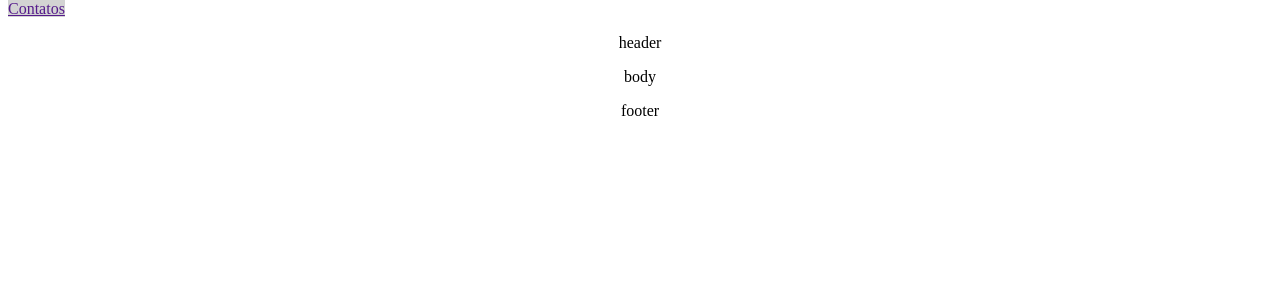
Repository: marllon-hetzler/Site-Salvatore-Barbearia
Page: home.html
These files come from the project's save history. The page is drawn as it stood at one moment and after the next save; the edit follows.
The browser window is 1280 px wide. The pictures show the whole page.

Above is the page before, as saved 2023-02-18 14:06:54.

### home.html
<!DOCTYPE html>
<html lang="en">
<head>
    <meta charset="UTF-8">
    <meta http-equiv="X-UA-Compatible" content="IE=edge">
    <meta name="viewport" content="width=device-width, initial-scale=1.0">
    <link rel="icon" type="icon" href="png/logo.ico"/>
    <title>Salvatore Barbearia</title>

</head>
<style>
    header{
        background-color: lightgray;
        width: 100%;
        display: inline;
    }
    #body_p{
        align-items: center;
        text-align: center;
        display: inline;
    }
    footer{
        background-color: lightgray;
        display: inline;
    }
</style>

    <body id="body_p">
        <header>
            <a href=""> Contatos </a>

            <p>header</p>
        </header>
        <p>body</p>
        <footer>
            <p>footer</p>
        </footer>
    </body>


</html>

After the next save:
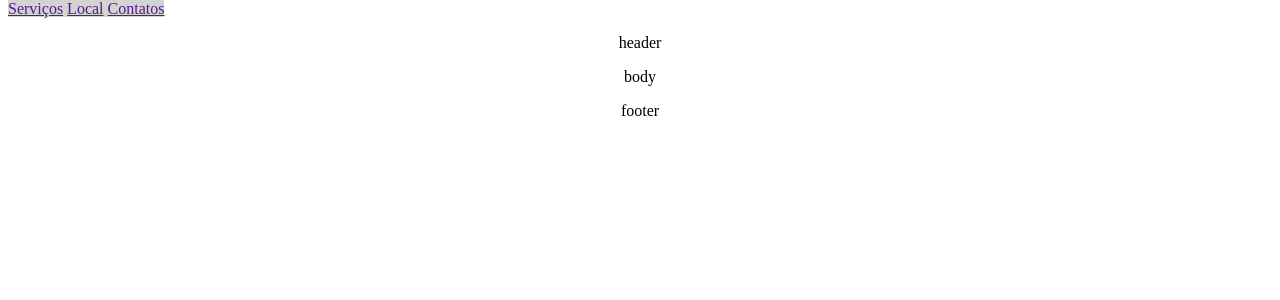
Saved 26 s later.
--- a/home.html
+++ b/home.html
@@ -27,6 +27,8 @@
 
     <body id="body_p">
         <header>
+            <a href="">Serviços</a>
+            <a href="">Local</a>
             <a href=""> Contatos </a>
 
             <p>header</p>
